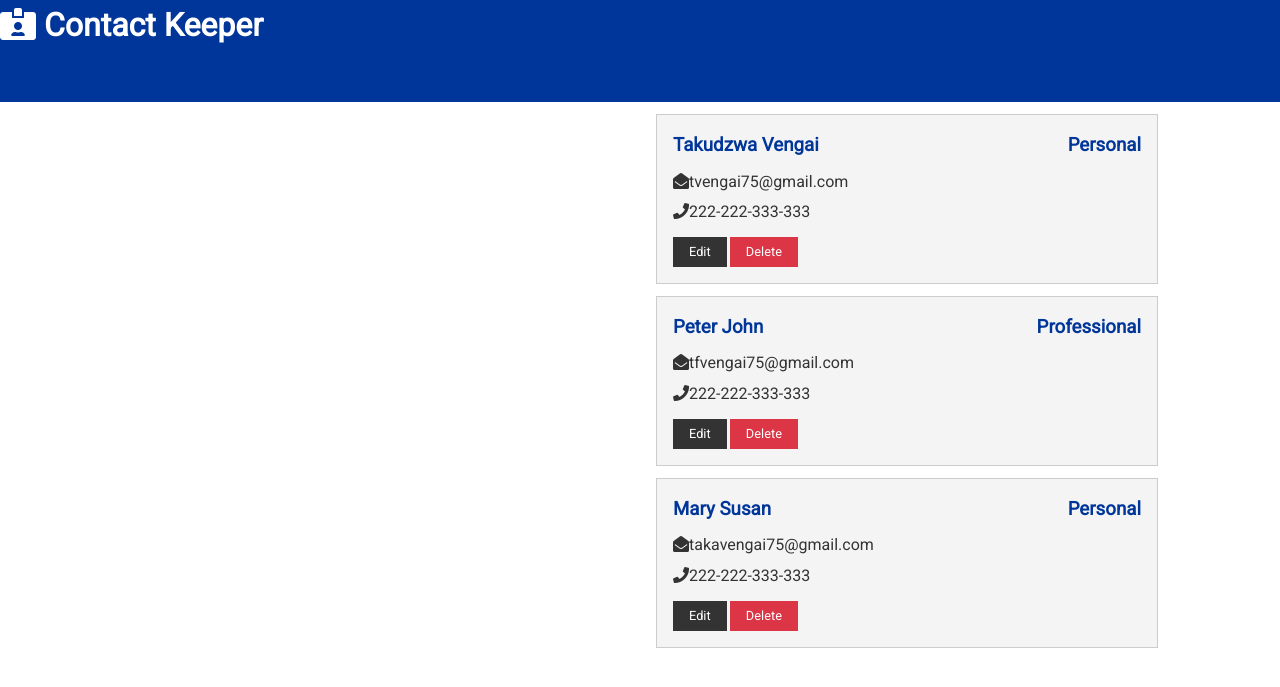
Repository: Takudzwa413/Contact-Keeper
Page: / (app in client/)
These files come from the project's save history. The page is drawn as it stood at one moment and after a run of saves; the edit follows.
The browser window is 1280 px wide. The pictures show the whole page.
Some web libraries are served in a nearby version. The project was rebuilt for these pictures with package versions that can differ from the ones it lists, and the page was loaded fresh each time. Also part of the build but not shown: client/src/components/pages/About.js.

Above is the page before, as saved 2020-06-18 23:23:58.

After the next 2 saves:
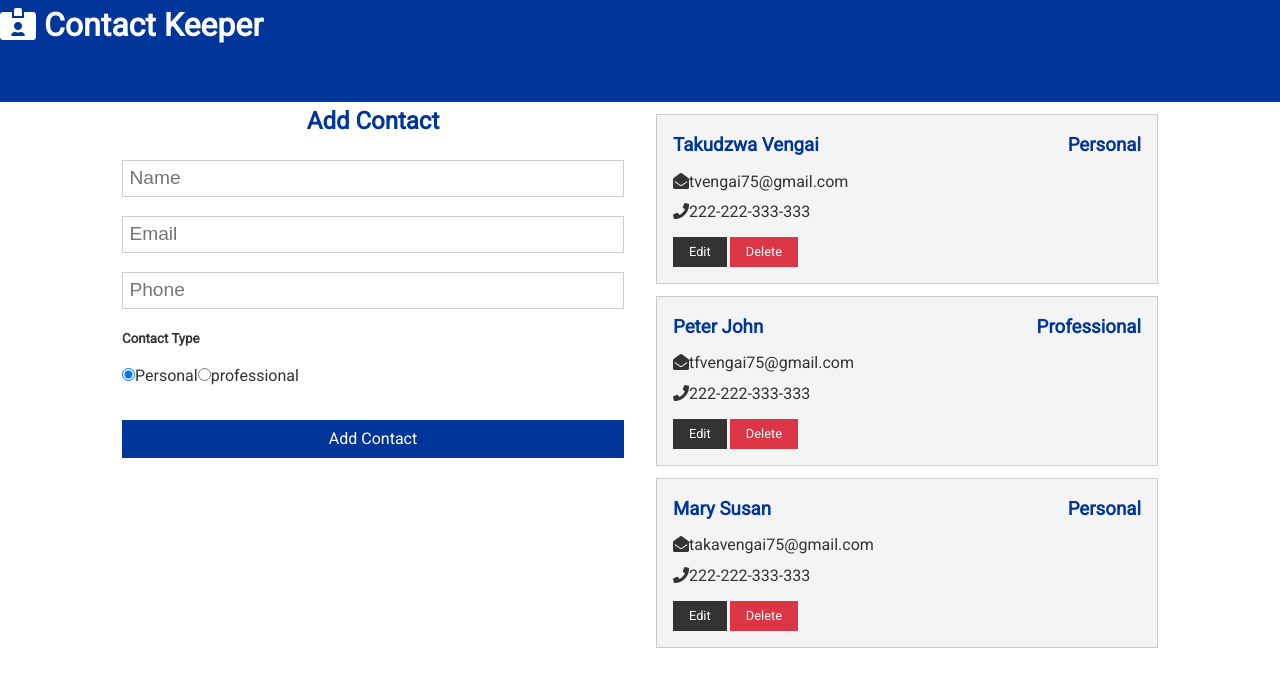
The 2 saves are shown as one change because 1 did not build or start.
The last was saved 2 min 45 s later.
--- a/client/src/components/pages/Home.js
+++ b/client/src/components/pages/Home.js
@@ -1,10 +1,13 @@
 import React from 'react'
-import Contacts from '../contacts/Contacts'
+import Contacts from '../contacts/Contacts';
+import ContactForm from '../contacts/ContactForm'
 
 const Home = () => {
     return (
         <div className='grid-2'>
-            <div>{/*ContactForm*/}</div>
+            <div>
+                <ContactForm/>
+            </div>
             <div>
                 <Contacts/>
             </div>
--- a/client/src/components/contacts/ContactForm.js
+++ b/client/src/components/contacts/ContactForm.js
@@ -1,4 +1,4 @@
-import React from 'react'
+import React, {useState} from 'react'
 
 const ContactForm = () => {
     const[ contact,setContact] = useState({
